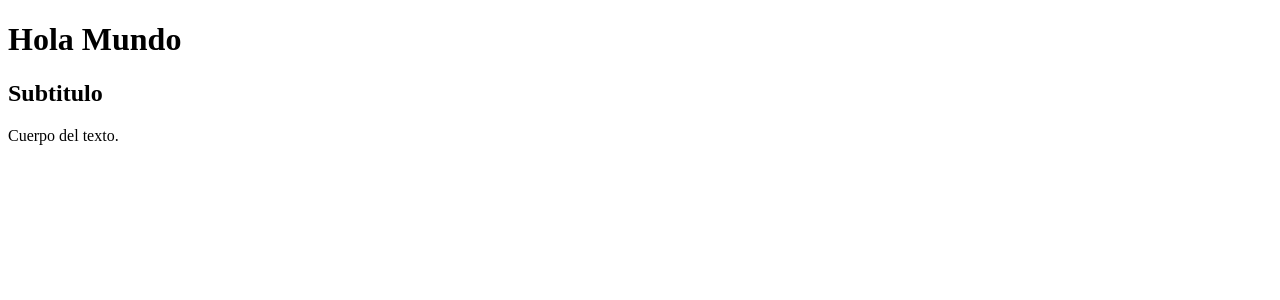
Repository: Support-Soft-Solutions/Proyecto-Final-Continuidad
Page: test.html
The author's editor kept a record of every edit. The page is drawn from the files as they stood at one moment, then again after the next edit.
The browser window is 1280 px wide. The pictures show the whole page.

Above is the page before.

After the next edit:
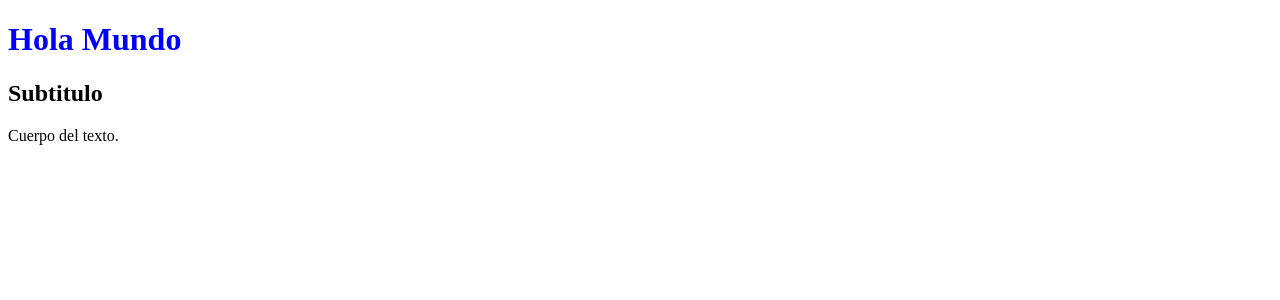
The edit:
--- a/test.html
+++ b/test.html
@@ -3,8 +3,8 @@
 <head>
 
 </head>
-<body>
-<h1>Hola Mundo</h1>
+<body style="background-color:#fff">
+<h1 style="color:blue">Hola Mundo</h1>
 <h2>Subtitulo</h2>
 <p>Cuerpo del texto.</p>
 </body>
